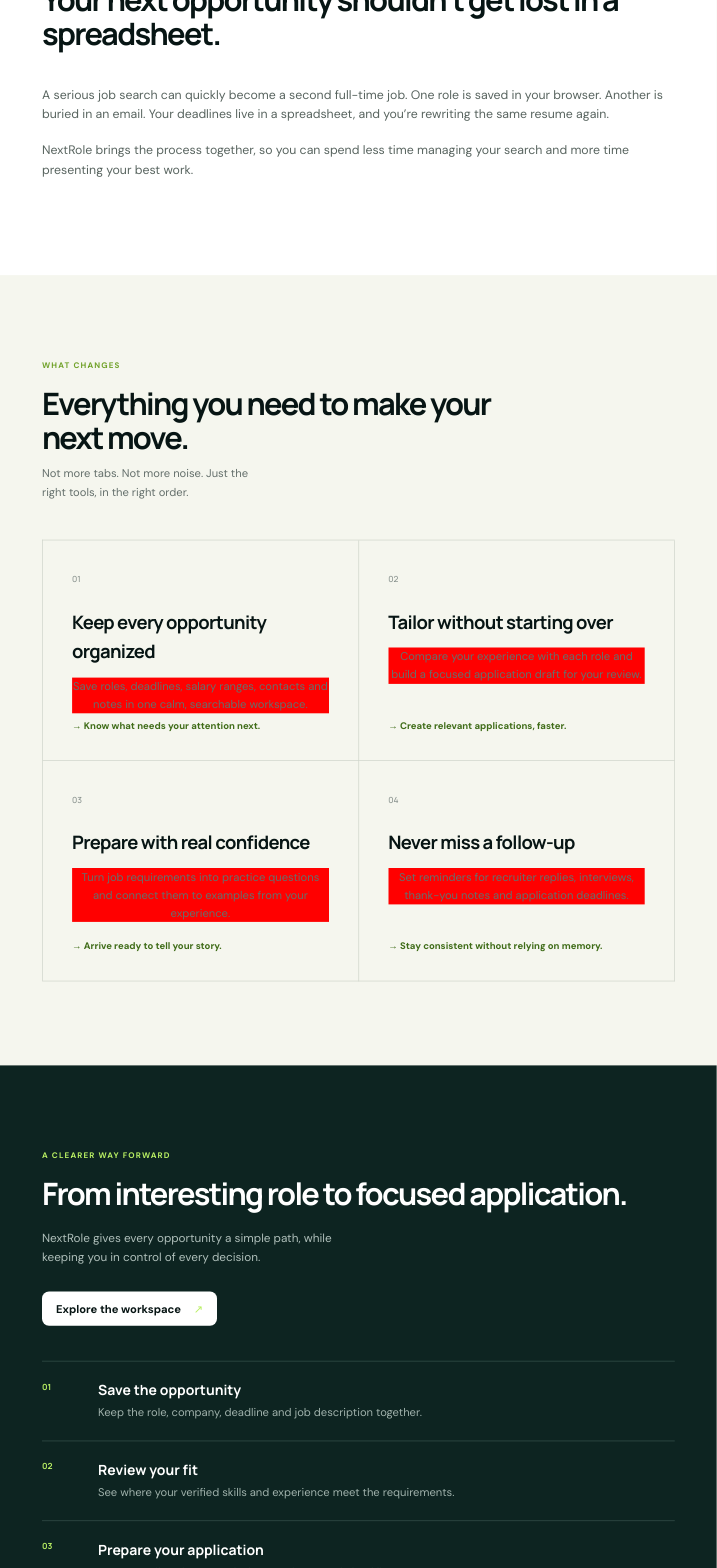
Repository: Lovethrech/NextRole-Nuxt-Portfolio
Page: /
The author's editor kept a copy of each file at every save. The page is drawn from the files as they stood at one save, then again after the next save.
The browser window is 1024 px wide. The pictures show the part of the page from y = 1430 to 3670 px (the page is 6640 px tall), at 70% of full size.
The project was rebuilt for these pictures with package versions that can differ from the ones it lists, and the page was loaded fresh each time. The framework's server and built-in components were replaced by stand-ins that run in the browser. Also part of the build but not shown: nuxt.config.js.

Above is the page before, as saved 2026-09-12 17:18:57.

### assets/css/main.css
:root{
    --ink:#071514;
    --deep:#0d2421;
    --green:#b9ef63;
    --mint:#ddffc8;
    --paper:#f5f6ee;
    --white:#fff;
    --line:#d9ddd1;
    --muted:#65706c;
    --orange:#ff8a61;
    --blue:#6579ff;
    font-family:'DM Sans',sans-serif;
    color:var(--ink);
    background:var(--paper);
    font-synthesis:none;
}
*{
    box-sizing:border-box;
}
html{
    scroll-behavior:smooth;
}
body{
    margin:0;
    padding: 0;
    background:var(--paper);
    font-size:16px;
    line-height:1.6;
}
button,a{
    font:inherit;
}
button{
    cursor:pointer;
}
a{
    color:inherit;
    text-decoration:none;
}
.container{
    width:min(1580px,calc(100% - 120px));
    margin-inline:auto;
}
.site-shell{
    overflow:hidden;
}
.nav-wrap{
    position:absolute;
    inset:0 0 auto;
    z-index:20;
}
.nav{
    height:86px;
    display:flex;
    align-items:center;
    justify-content:space-between;
}
/* BRAND LOGO */
/* START */
.brand-logo-ctn{
    width: 70px;
}
.brand-logo-ctn img{
    width:100%;
}
#brand-sub-name{
    margin:auto 0;
    padding:2px 10px;
    background-color: #000000;
    color:#ffffff;
}

/* END */
.brand{
    background-color: var(--line);
    padding: 8px 0 8px 6px;
    border-radius: 20px 0 0 20px;
    display:flex;
    align-items:center;
    gap:10px;
    font-family:Manrope,sans-serif;
    font-weight:800;
    font-size:1.15rem;
    letter-spacing:-.03em;
}
.nav-links{
    display:flex;
    align-items:center;
    gap:32px;
    font-weight:600;
    font-size:.9rem;
}
.nav-links>a{
    color:#33423f;
}
.button{
    border:0;
    display:inline-flex;
    align-items:center;
    justify-content:center;
    gap:18px;
    border-radius:10px;
    padding:15px 20px;
    font-weight:700;
    line-height:1.2;
    transition:transform .2s,box-shadow .2s;
}
.button:hover{
    transform:translateY(-2px);
}
.button-small{
    padding:11px 15px;
}
.button-ghost{
    border:1px solid #b9c0b5;
    background:transparent;
}
.button-primary{
    background:var(--ink);
    color:#fff;
    box-shadow:0 8px 24px #07151424;
}
.button-primary span,.button-light span{
    color:var(--green);
}
.button-light{
    background:#fff;
    color:var(--ink);
}
.menu-button{
    display:none;
}
.hero{
    min-height:880px;
    padding-top:178px;
    position:relative;
}
.hero:before{
    content:'';
    position:absolute;
    width:520px;
    height:520px;
    border-radius:50%;
    background:#dff8b9;
    filter:blur(4px);
    right:-180px;
    top:-210px;
    opacity:.8;
}
.hero-copy{
    width:56%;
    position:relative;
    z-index:2;
}
.eyebrow,.section-kicker{
    font-size:.72rem;
    font-weight:800;
    letter-spacing:.14em;
    text-transform:uppercase;
    display:flex;
    align-items:center;
    gap:9px;
}
.eyebrow span{
    width:8px;
    height:8px;
    border-radius:50%;
    background:#75c525;
}
.hero h1{
    font-family:Manrope,sans-serif;
    font-size:clamp(3.4rem,4.5vw,6.15rem);
    line-height:.98;
    letter-spacing:-.065em;
    margin:24px 0 28px;
    font-weight:700;
}
.hero h1 em{
    font-style:normal;
    color:#6d7a74;
}
.hero-lede{
    font-size:1.16rem;
    line-height:1.65;
    color:#4e5d58;
    max-width:630px;
}
.hero-actions{
    display:flex;
    align-items:center;
    gap:28px;
    margin-top:36px;
}
.text-link{
    border:0;
    background:none;
    font-weight:700;
    display:flex;
    align-items:center;
    gap:10px;
}
.play{
    border:1px solid #aeb6ac;
    border-radius:50%;
    width:34px;
    height:34px;
    display:grid;
    place-items:center;
    font-size:.65rem;
}
.microcopy{
    font-size:.78rem;
    color:#77817d;
    margin:12px 0 0 12px;
}
.dashboard-frame{
    position:absolute;
    z-index:3;
    width:560px;
    right: 4vh;
    top:220px;
    background:#fff;
    padding:10px;
    border-radius:18px;
    box-shadow:0 35px 80px #0c2b2226;
    transform:rotate(-1.3deg);
    border:1px solid #e5e9df;
}
.frame-bar{
    height:28px;
    display:flex;
    align-items:center;
    gap:5px;
    padding:0 8px;
}
.frame-bar span{
    width:6px;
    height:6px;
    background:#cad0c7;
    border-radius:50%;
}
.frame-bar p{
    font-size:.52rem;
    background:#f2f4ef;
    color:#8b948f;
    padding:2px 65px;
    border-radius:4px;
    margin:auto;
}
.dash{
    height:380px;
    display:flex;
    background:#f4f6f1;
    border-radius:10px;
    overflow:hidden
}
.dash-side{
    width:52px;
    background:#0b211e;
    display:flex;
    flex-direction:column;
    align-items:center;
    gap:22px;
    padding-top:16px;
}
.mini-brand{
    width:25px;
    height:25px;
    border-radius:7px;
    background:var(--green);
    display:grid;
    place-items:center;
    font-size:.65rem;
}
.dash-side i{
    width:15px;
    height:15px;
    border-radius:4px;
    background:#33514b;
}
.dash-side i.active{
    background:var(--green);
}
.dash-main{
    padding:24px;
    width:100%;
}
.dash-top{
    display:flex;
    justify-content:space-between;
    align-items:center;
}
.dash-top small,.stat-grid small{
    font-size:.45rem;
    letter-spacing:.11em;
    color:#88918d;
}
.dash-top h3{
    font-size:1rem;
    margin:4px 0;
}
.avatar{
    width:30px;
    height:30px;
    border-radius:50%;
    background:#e4c6a5;
    display:grid;
    place-items:center;
    font-size:.55rem;
    font-weight:800;
}
.stat-grid{
    display:grid;
    grid-template-columns:repeat(3,1fr);
    gap:10px;
    margin:18px 0
}
.stat-grid>div{
    padding:12px;
    border-radius:8px;
    background:#fff;
    border:1px solid #e4e8e1;
}
.stat-grid strong{
    display:block;
    font-family:Manrope;
    font-size:1.35rem;
}
.stat-grid span{
    font-size:.5rem;
    color:#59a733;
}
.pipeline-head{
    display:flex;
    justify-content:space-between;
    align-items:center;
}
.pipeline-head h4{
    font-size:.76rem;
}
.pipeline-head button{
    font-size:.55rem;
    border:0;
    background:#0b211e;
    color:white;
    padding:6px 9px;
    border-radius:5px;
}
.pipeline{
    display:grid;
    grid-template-columns:repeat(3,1fr);
    gap:8px;
}
.lane{
    background:#edf0eb;border-radius:7px;padding:8px}.lane>p{font-size:.45rem;font-weight:800;color:#6b7570
}
.lane>p b{
    float:right;
    background:#dce2da;
    padding:1px 4px;
    border-radius:3px;
}
.lane article{
    background:#fff;
    padding:8px;
    margin-top:7px;
    border-radius:6px;
    display:grid;
    grid-template-columns:26px 1fr auto;
    gap:6px;
    align-items:center;
    box-shadow:0 2px 7px #1933290b;
}
.company-icon{width:24px;height:24px;display:grid;place-items:center;border-radius:6px;font-size:.5rem;font-weight:800;color:white;
}.cobalt{background:#5f73ed;
}.coral{background:#ff8567;
}.mint{background:#4fa884;
}.gold{background:#e5a83a;
}.lane article strong{font-size:.48rem;display:block;
}.lane article small{font-size:.4rem;color:#7f8984;display:block;
}.lane article mark{font-size:.38rem;background:#e5f8d7;color:#55982d;border-radius:3px;padding:2px;
}.lane article.task,.lane article.celebrate{display:block;padding:10px;
}.lane .task span{font-size:.42rem;color:#dd6d49;
}.lane .celebrate{background:#e4f8bf;
}.lane .celebrate>span{font-size:.9rem;color:#62a329;
}
.hero-proof{
    position:absolute;
    bottom:56px;
    left:0;
    right:0;
    border-top:1px solid var(--line);
    padding-top:22px;
    display:flex;
    justify-content:space-between;
    color:#6d7873;
    font-size:.78rem;
}
.hero-proof p{display:flex;align-items:center;gap:24px;margin:0;
}
.hero-proof b{font-family:Manrope;color:#4a5853;
}
.hero-proof i{width:4px;height:4px;background:#9aa49f;border-radius:50%;
}
.problem-section{background:#fff;padding:115px 0;
}
.problem-grid{display:grid;grid-template-columns:1.1fr .9fr;gap:120px;
}
.section-kicker{color:#71a22a;margin:0 0 22px;
}
.problem-grid h2,.section-heading h2,.how-copy h2,.control-copy h2,.faq h2,.final-cta h2{font-family:Manrope;font-size:clamp(2.3rem,4.3vw,4.5rem);line-height:1.08;letter-spacing:-.055em;margin:0;
}
.problem-copy{font-size:1.1rem;color:#58645f;
}
.problem-copy p{margin:0 0 22px;
}
.features{padding:120px 0;
}
.section-heading{display:flex;justify-content:space-between;align-items:end;margin-bottom:55px;
}
.section-heading h2{max-width:710px;
}
.section-heading>p{max-width:310px;color:#65706c;
}
.benefit-grid{
    display:grid;
    grid-template-columns:repeat(2,1fr);
    border-top:1px solid #cfd5cb;
    border-left:1px solid #cfd5cb;
}
.benefit-card{min-height:315px;
    padding:42px;
    border-right:1px solid #cfd5cb;
    border-bottom:1px solid #cfd5cb;
    position:relative;
    transition:background .25s,transform .25s;
}
.benefit-card:hover{background:#fff;transform:translateY(-3px);
}
.benefit-card>span{font-family:Manrope;font-size:.75rem;color:#89928e;
}
.benefit-card h3{font-family:Manrope;font-size:1.65rem;letter-spacing:-.035em;margin:28px 0 12px;
}
.benefit-card p{color:#65706c;max-width:440px;
}
.benefit-card strong{position:absolute;bottom:38px;color:#3f6c18;font-size:.85rem;
}
.how-section{background:var(--deep);color:#fff;padding:120px 0;
}
.how-grid{display:grid;grid-template-columns:.85fr 1.15fr;gap:130px;
}
.section-kicker.light{color:var(--green);
}
.how-copy>p:not(.section-kicker){color:#afbfba;font-size:1.05rem;max-width:430px;margin:26px 0 36px;
}
.steps{list-style:none;padding:0;margin:0;
}
.steps li{display:grid;grid-template-columns:60px 1fr;gap:20px;border-top:1px solid #35504b;padding:27px 0;
}
.steps li:last-child{border-bottom:1px solid #35504b;
}
.steps>li>span{color:var(--green);font:700 .75rem Manrope;
}
.steps h3{font:700 1.25rem Manrope;margin:0 0 6px;
}
.steps p{color:#9fb1ab;margin:0;
}
.control{padding:120px 0;
}
.control-card{background:#fff;border-radius:24px;display:grid;grid-template-columns:1fr 1fr;overflow:hidden;box-shadow:0 22px 60px #1a35250c;
}
.control-visual{background:#dff3bf;min-height:560px;display:grid;place-items:center;padding:50px;
}
.document{width:330px;background:white;border-radius:12px;padding:32px;box-shadow:0 25px 50px #4167222c;transform:rotate(-2deg);
}
.doc-label{font-size:.55rem;letter-spacing:.14em;font-weight:800;
}
.document>i{height:7px;background:#e6eae3;border-radius:4px;display:block;margin-top:17px;
}
.document>i.short{width:60%;
}
.document>i.medium{width:80%;
}
.suggestion{display:flex;gap:12px;background:#f3fae9;border:1px solid #cce9a6;padding:14px;border-radius:8px;margin:22px -12px;
}
.suggestion b{color:#599825;
}
.suggestion p{margin:0;
}
.suggestion strong{font-size:.72rem;display:block;
}
.suggestion small{font-size:.6rem;color:#6c776f;
}
.control-copy{padding:70px;display:flex;flex-direction:column;justify-content:center;
}
.control-copy>p:not(.section-kicker){color:#66716c;font-size:1.05rem;
}
.control-copy ul{list-style:none;padding:0;margin:18px 0 0;
}
.control-copy li{padding:12px 0;border-top:1px solid #e4e8e0;font-weight:600;
}
.control-copy li:before{content:'✓';display:inline-grid;place-items:center;margin-right:12px;width:23px;height:23px;border-radius:50%;background:#e5f7cd;color:#4e861e;font-size:.75rem;
}
.faq{padding:40px 0 120px;display:grid;grid-template-columns:.75fr 1.25fr;gap:120px;
}
.faq h2{font-size:3.2rem;
}
.accordion details{border-top:1px solid #cdd3ca;padding:24px 0;
}
.accordion details:last-child{border-bottom:1px solid #cdd3ca;
}
.accordion summary{list-style:none;font:700 1.05rem Manrope;display:flex;justify-content:space-between;cursor:pointer;
}
.accordion summary::-webkit-details-marker{display:none;
}
.accordion summary span{font-size:1.4rem;font-weight:400;
}
.accordion details[open] summary span{transform:rotate(45deg);
}
.accordion details p{color:#64706a;max-width:620px;margin:16px 40px 0 0;
}
.final-cta{background:#102c28;color:#fff;border-radius:28px;min-height:500px;padding:75px;display:grid;grid-template-columns:1.1fr .9fr;align-items:center;position:relative;overflow:hidden;
}
.final-cta h2{max-width:700px;
}
.final-cta p{color:#b2c0bc;
}
.final-cta small{display:block;color:#8ca19b;margin:12px;
}
.final-cta .button{margin-top:15px;
}
.orbit{height:350px;position:relative;display:grid;place-items:center;
}
.orbit span{position:absolute;border:1px solid #54716a;border-radius:50%;
}
.orbit-one{width:290px;height:290px;
}
.orbit-two{width:200px;height:200px;
}
.orbit b{width:95px;height:95px;border-radius:26px;background:var(--green);color:var(--deep);display:grid;place-items:center;font:800 2.2rem Manrope;box-shadow:0 0 70px #b9ef6352;
}
.footer{min-height:140px;display:flex;align-items:center;justify-content:space-between;gap:30px;font-size:.75rem;color:#79827e;
}
.footer p{max-width:480px;text-align:center;
}
.modal-backdrop{position:fixed;inset:0;background:#061411cc;backdrop-filter:blur(8px);z-index:50;display:grid;place-items:center;padding:20px;
}
.modal{width:min(550px,100%);background:var(--paper);border-radius:22px;padding:44px;position:relative;
}
.modal h2{font:700 2.25rem/1.1 Manrope;letter-spacing:-.05em;margin:0;
}
.modal>p:not(.section-kicker){color:#63706a;
}
.modal-close{position:absolute;right:20px;top:15px;border:0;background:none;font-size:2rem;
}
.modal-list{margin:28px 0;
}
.modal-list>span{float:left;color:#6b9c2a;font:bold .7rem Manrope;margin-top:5px;
}
.modal-list p{margin:0 0 18px 35px;
}
.modal-list b,.modal-list small{display:block;
}
.modal-list small{color:#68746e;
}
.fade-enter-active,.fade-leave-active{transition:opacity .2s;
}
.fade-enter-from,.fade-leave-to{opacity:0;
}

@media(max-width:1180px){
    .nav-wrap{position:absolute;
    }
    .menu-button{display:flex;flex-direction:column;gap:5px;border:0;background:none;padding:10px;
    }
    .menu-button span{width:23px;height:2px;background:var(--ink);
    }
    .nav-links{display:none;position:absolute;top:72px;left:20px;right:20px;background:white;padding:24px;border-radius:14px;box-shadow:0 20px 50px #172c2424;flex-direction:column;align-items:stretch;
    }
    .nav-links.open{display:flex;
    }
    .hero{padding-top:145px;min-height:auto;padding-bottom:80px;
    }
    .hero-copy{width:100%;
    }
    .hero h1{font-size:clamp(3rem,11vw,5rem);
    }
    .dashboard-frame{position:relative;top:auto;right:auto;width:100%;margin-top:55px;transform:none;
    }
    .hero-proof{position:relative;bottom:auto;margin-top:50px;
    }
    .problem-grid,.how-grid,.faq{grid-template-columns:1fr;gap:50px;
    }
    .section-heading{display:block;
    }

    .benefit-card p{
        background-color: red;
        text-align: center;
        width: 100%;
    }
    .control-card{grid-template-columns:1fr;
    }
    .control-visual{min-height:420px;
    }
    .final-cta{grid-template-columns:1fr;
    }
    .orbit{display:none;
    }
    .footer{flex-direction:column;text-align:center;padding:50px 0;
    }
}

@media(max-width:600px){
    .container{width:min(100% - 28px,1180px);
    }
    .hero h1{font-size:3.25rem;
    }
    .hero-actions{align-items:flex-start;flex-direction:column;gap:18px;
    }
    .dashboard-frame{width:720px;transform:scale(.47);transform-origin:top left;margin-bottom:-200px;
    }
    .hero-proof{display:block;
    }
    .hero-proof p{margin-top:12px;gap:12px;flex-wrap:wrap;
    }
    .problem-section,.features,.how-section,.control{padding:80px 0;
    }
    .problem-grid h2,.section-heading h2,.how-copy h2,.control-copy h2,.faq h2,.final-cta h2{font-size:2.45rem;
    }
    .benefit-card{padding:28px;min-height:300px;
    }
    .how-grid{gap:55px;
    }
    .control-visual{padding:30px;min-height:380px;
    }
    .document{width:280px;
    }
    .control-copy{padding:38px 28px;
    }
    .faq{padding:10px 0 80px;gap:40px;
    }
    .final-cta{padding:48px 26px;min-height:520px;border-radius:20px;
    }
    .footer{align-items:center;
    }
    .modal{padding:36px 24px;
    }
    .modal h2{font-size:2rem;
    }
}

Loaded but not shown: app.vue (150 lines, source omitted)

After the next save:
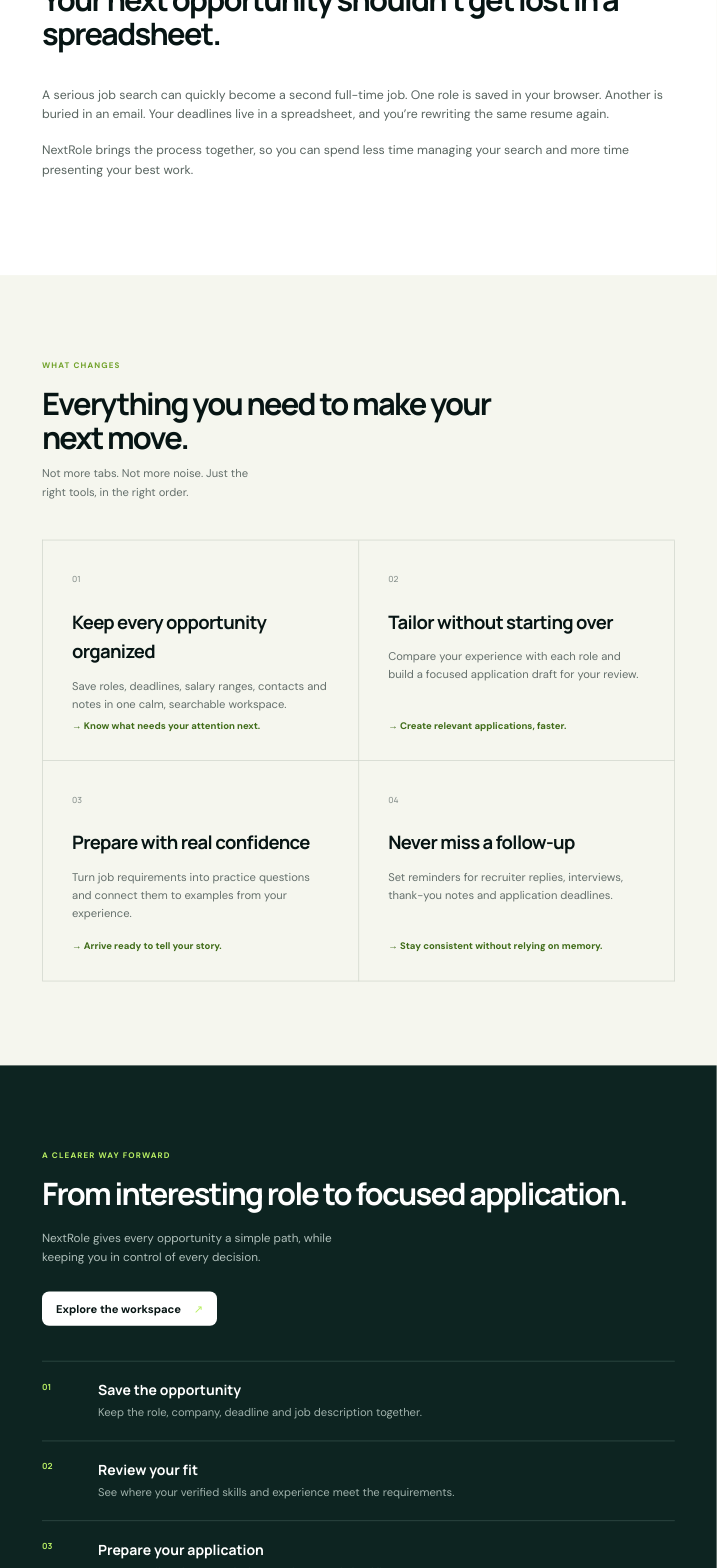
Saved 21 s later.
--- a/assets/css/main.css
+++ b/assets/css/main.css
@@ -593,12 +593,6 @@
     }
     .section-heading{display:block;
     }
-
-    .benefit-card p{
-        background-color: red;
-        text-align: center;
-        width: 100%;
-    }
     .control-card{grid-template-columns:1fr;
     }
     .control-visual{min-height:420px;
